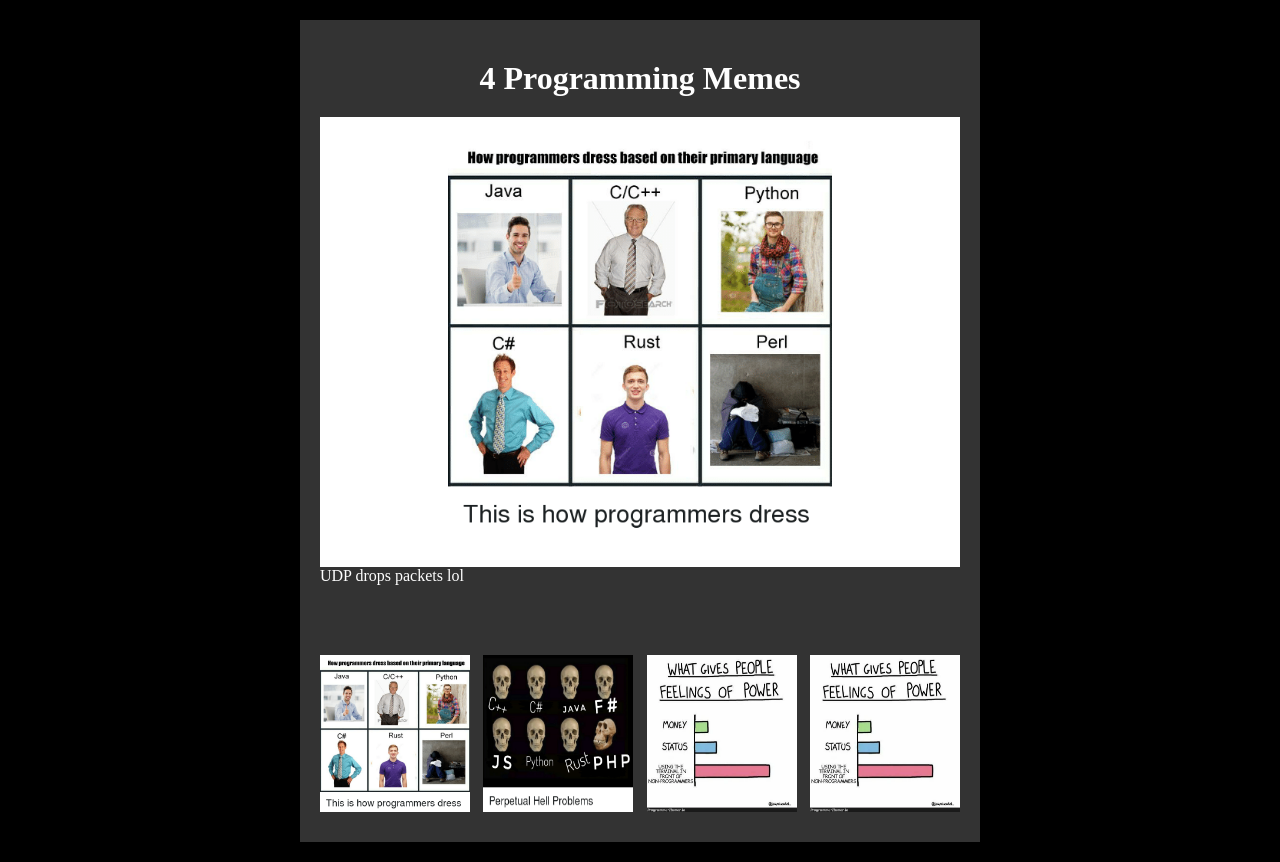
Repository: apopheny/JS230
Page: slideshow/index.html
The author's editor kept a copy of each file at every save. The page is drawn from the files as they stood at one save, then again after the next save.
The browser window is 1280 px wide. The pictures show the whole page.

Above is the page before, as saved 2024-02-05 14:09:42.
Console error: ReferenceError: func is not defined

After the next save:
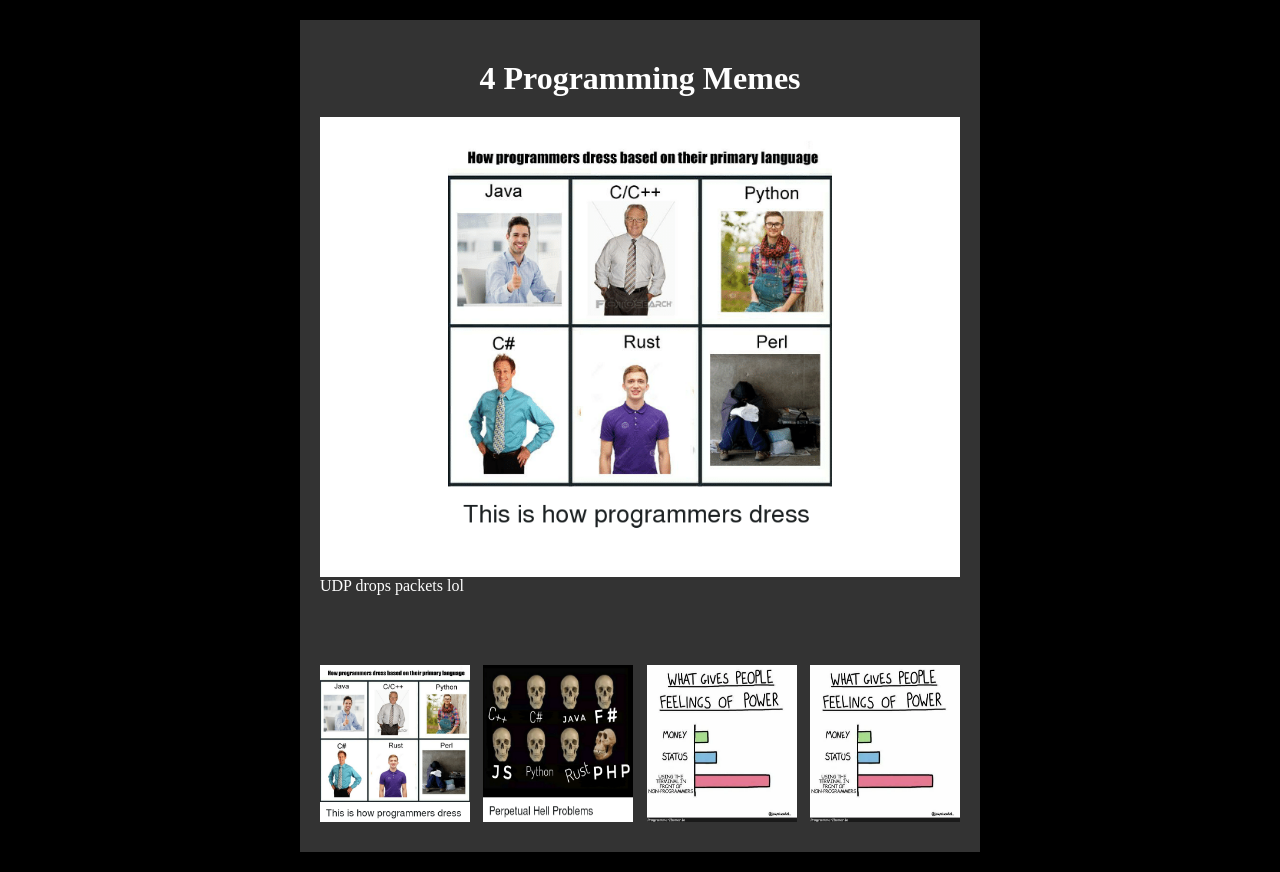
Saved 23 s later.
--- a/slideshow/stylesheets/slideshow.css
+++ b/slideshow/stylesheets/slideshow.css
@@ -40,7 +40,7 @@
 .loadedPicture img {
   max-width: 100%; /* Ensure image does not overflow its container */
   max-height: 400px; /* Adjust based on your preference */
-  margin-bottom: 10px; /* Space between image and caption */
+  margin-bottom: 20px; /* Space between image and caption */
 }
 
 #captionText {
